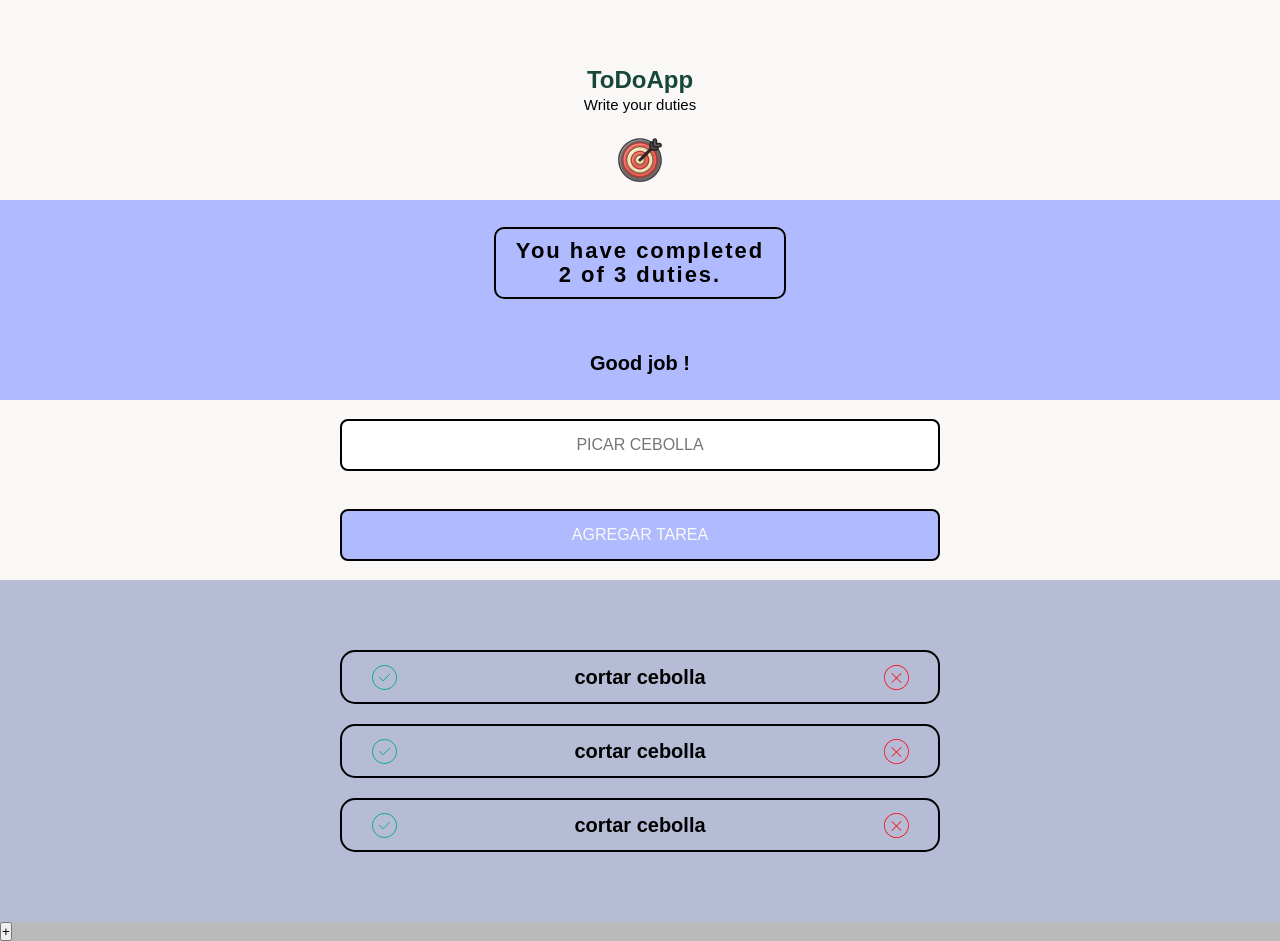
Repository: ChristianGecchelin/to-do-app
Page: /
The author's editor kept a copy of each file at every save. The page is drawn from the files as they stood at one save, then again after the next save.
The browser window is 1280 px wide. The pictures show the whole page.
The project was rebuilt for these pictures with package versions that can differ from the ones it lists, and the page was loaded fresh each time.

Above is the page before, as saved 2022-01-12 15:57:45.

After the next save:
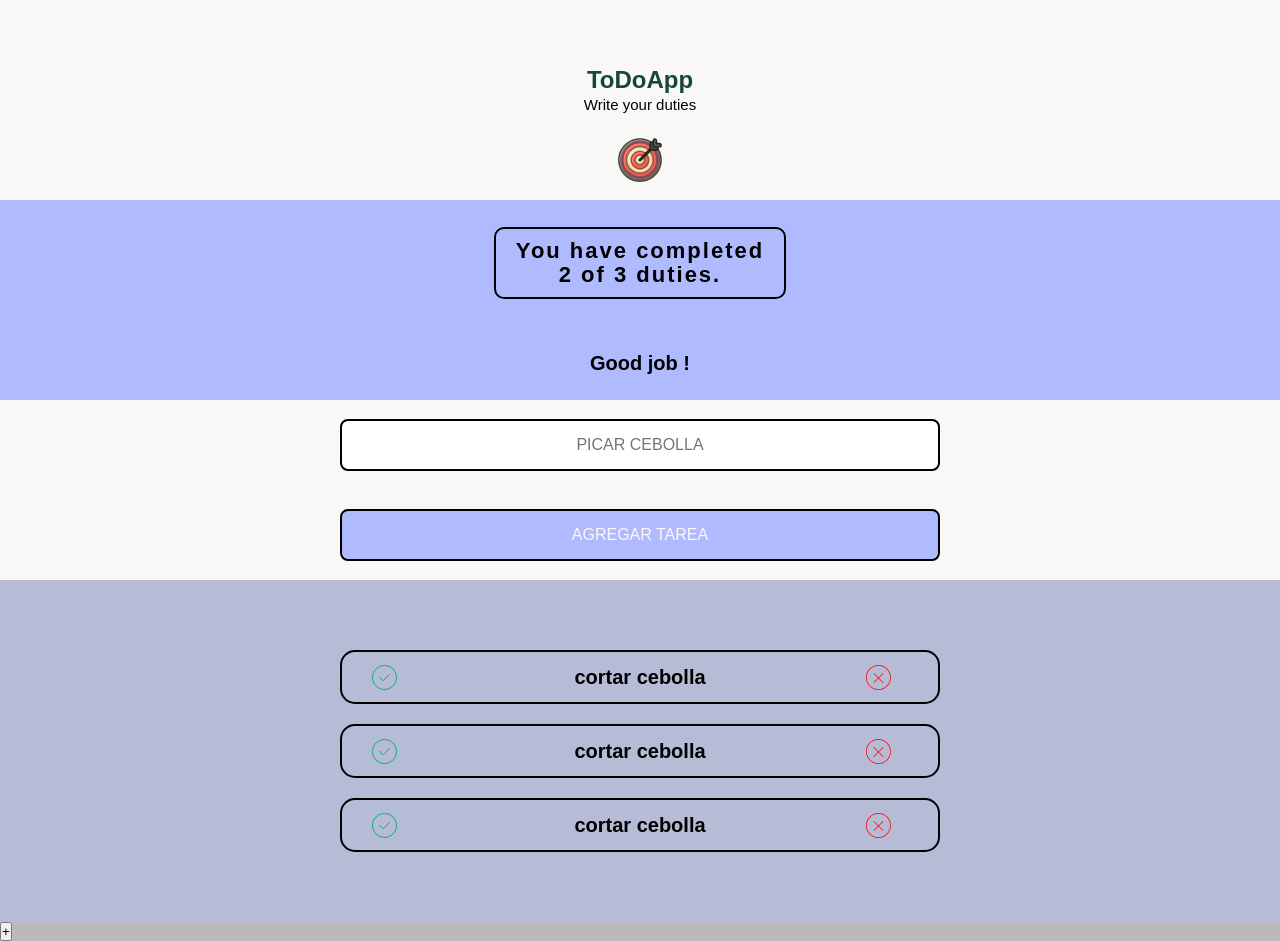
Saved 19 s later.
--- a/src/styles/ToDoList.css
+++ b/src/styles/ToDoList.css
@@ -37,7 +37,7 @@
 .delete {
   position: absolute;
   top: 13px;
-  left: calc(91%);
+  left: calc(88%);
   background-image: url(../assets/cross.svg);
   width: 25px;
   height: 25px;

After the save that followed:
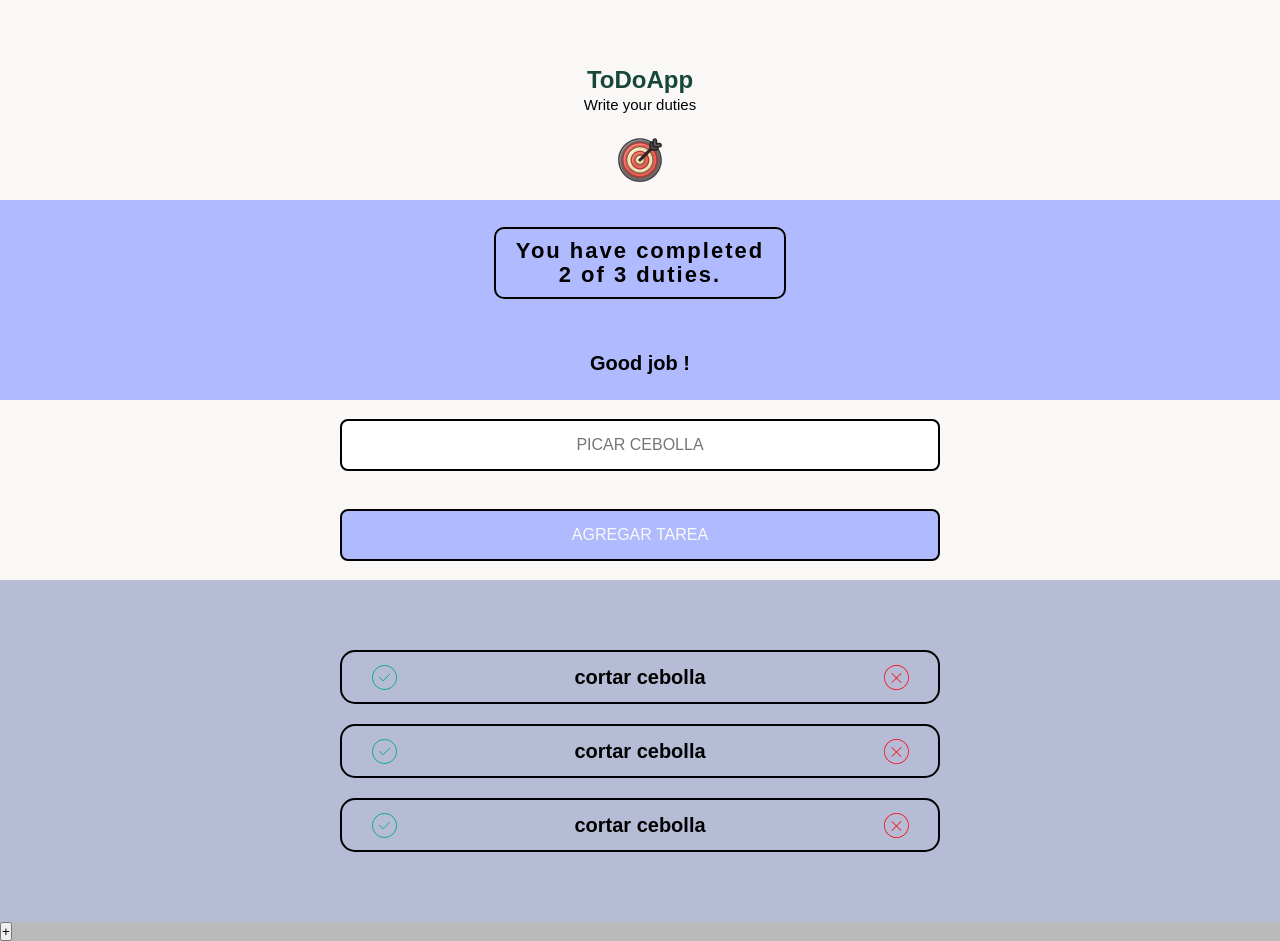
Saved 20 s later.
--- a/src/styles/ToDoList.css
+++ b/src/styles/ToDoList.css
@@ -37,7 +37,7 @@
 .delete {
   position: absolute;
   top: 13px;
-  left: calc(88%);
+  left: calc(91%);
   background-image: url(../assets/cross.svg);
   width: 25px;
   height: 25px;
